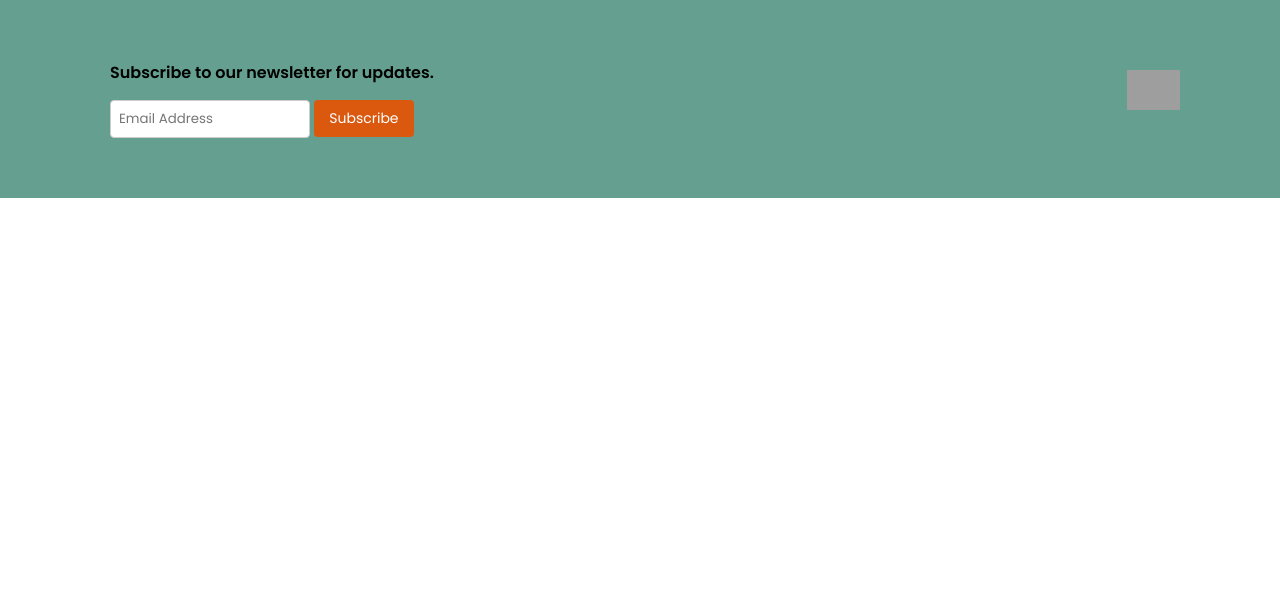
Repository: andajonas/Module_08_ANDJON25111_fto2502_A2_Anda-Jonas_SDF04
Page: index.html
These files come from the project's save history. The page is drawn as it stood at one moment and after the next save; the edit follows.
The browser window is 1280 px wide. The pictures show the whole page.
Pictures or frames that could not be fetched are drawn as grey boxes.

Above is the page before, as saved 2025-03-21 10:33:08.

### index.html
<!DOCTYPE html>
<html lang="en">
<head>
    <meta charset="UTF-8">
    <meta name="viewport" content="width=device-width, initial-scale=1.0">
    <title>Footer</title>
    <link rel="stylesheet" href="styles.css">
</head>
<body>

    <footer>
        <div class="container">
            <div class="row">
                <div class="footer-col">
                    <h3>Subscribe to our newsletter for updates.</h3>
                    <input type="email" placeholder="Email Address">
                    <button type="submit">Subscribe</button>
                </div>




            <hr class="footer-line">

            <div class="footer-logo">
                <a href="#">
                    <img src="https://codespace-assets.global.ssl.fastly.net/wp/assets/website/codespace-primary-logo-light.svg"
                         alt="CodeSpace Logo">
                </a>
            </div>
        </div>
    </footer>

</body>
</html>

### styles.css
@import url('https://fonts.googleapis.com/css2?family=Poppins:wght@300;400;500;600;700&display=swap');

* {
    padding: 0;
    margin: 0;
    box-sizing: border-box;
    font-family: "Poppins", sans-serif;
}


footer .container {
    background: #659f8f;
    padding: 50px 100px;
}

.row {
    display: flex;
    justify-content: space-between;
    align-items: flex-start;
}

.footer-col {
    flex: 1;
    padding: 10px;
}

.footer-col h3 {
    margin-bottom: 15px;
    font-size: 16px;
    font-weight: 600;
    color: black;
}

.footer-col ul {
    list-style: none;
}

.footer-col ul li {
    padding: 5px 0;
}

.footer-col ul li a {
    color: black;
    text-decoration: none;
    font-size: 14px;
}

.footer-col input {
    border: 1px solid #ccc;
    padding: 8px;
    width: 200px;
    border-radius: 4px;
}

.footer-col button {
    background-color: #e35407ee;
    color: white;
    border: none;
    padding: 8px 15px;
    border-radius: 4px;
    font-size: 14px;
    cursor: pointer;
}

/* Horizontal Line */
.footer-line {
    border: none;
    height: 1px;
    background: #a67b5b;
    margin: 30px 0;
}

/* Footer Logo */
.footer-logo {
    display: flex;
    justify-content: flex-start;
    padding: 20px 0;
}

.footer-logo img {
    height: 40px;
    display: block;

}

/* Default layout (for larger screens like desktops) */
.row {
    display: flex;
    justify-content: space-between;
    align-items: flex-start;
}

/* Responsive for iPad (Width: 768px) */
@media screen and (max-width: 768px) {
    .row {
        flex-direction: column;
        align-items: center;
        text-align: center;
    }

    .footer-col {
        margin-bottom: 20px;
    }

    .footer-logo {
        justify-content: center;
    }
}

/* Responsive for iPhone (Width: 375px) */
@media screen and (max-width: 375px) {
    .row {
        flex-direction: column; /* Stack items vertically */
        align-items: center; /* Center content */
        text-align: center;
    }

    .footer-col {
        width: 100%;
        margin-bottom: 15px;
    }

    .footer-col input {
        width: 90%;
    }

    .footer-logo {
        justify-content: center;
    }

    .footer-logo img {
        height: 30px;
    }
}

After the next save:
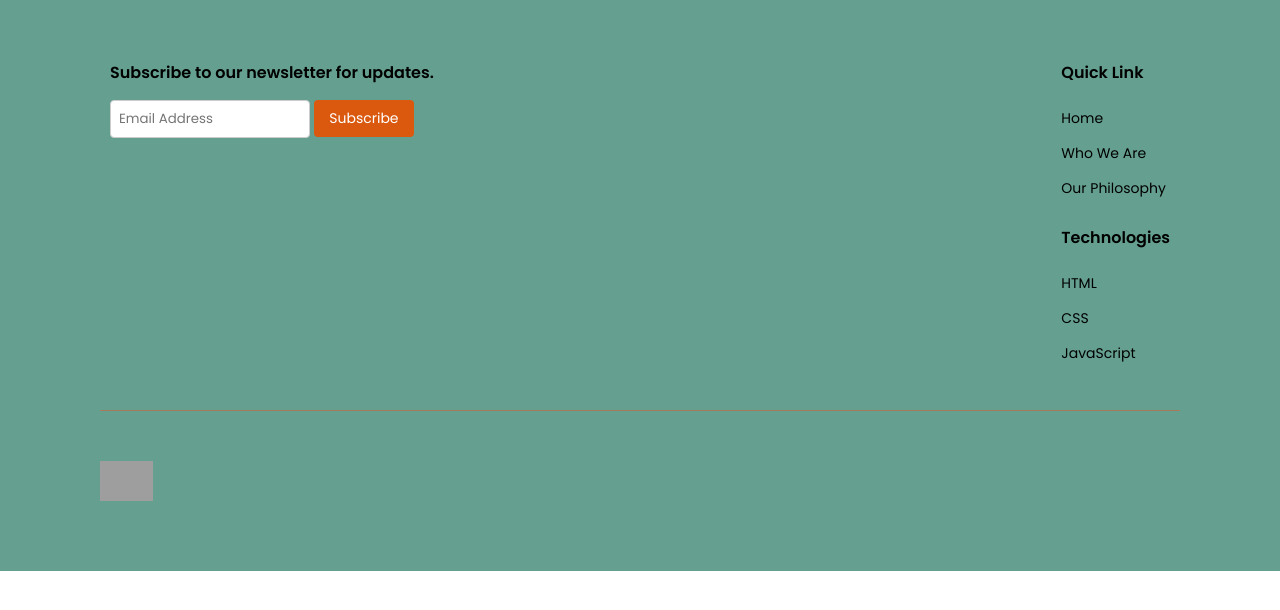
Saved 28 s later.
--- a/index.html
+++ b/index.html
@@ -17,6 +17,25 @@
                     <button type="submit">Subscribe</button>
                 </div>
 
+                <div class="footer-links">
+                    <div class="footer-col">
+                        <h3>Quick Link</h3>
+                        <ul>
+                            <li><a href="#">Home</a></li>
+                            <li><a href="#">Who We Are</a></li>
+                            <li><a href="#">Our Philosophy</a></li>
+                        </ul>
+                    </div>
+                    <div class="footer-col">
+                        <h3>Technologies</h3>
+                        <ul>
+                            <li><a href="#">HTML</a></li>
+                            <li><a href="#">CSS</a></li>
+                            <li><a href="#">JavaScript</a></li>
+                        </ul>
+                    </div>
+                </div>
+            </div>
 
 
 
